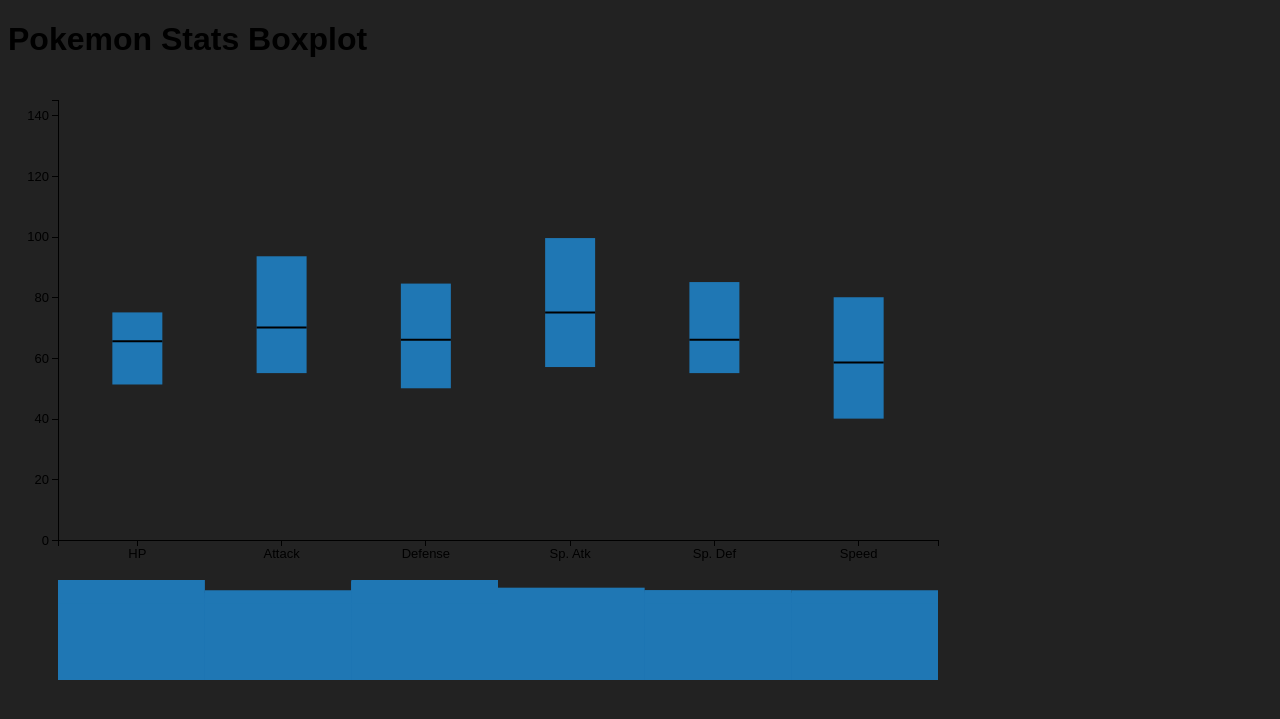
Repository: Cartterr/Proyecto-VisInfo
Page: Propuesta1_Tipos_Cajas.html
These files come from the project's save history. The page is drawn as it stood at one moment and after the next save; the edit follows.
The browser window is 1280 px wide. The pictures show the whole page.

Above is the page before, as saved 2023-06-27 22:22:46.

After the next save:
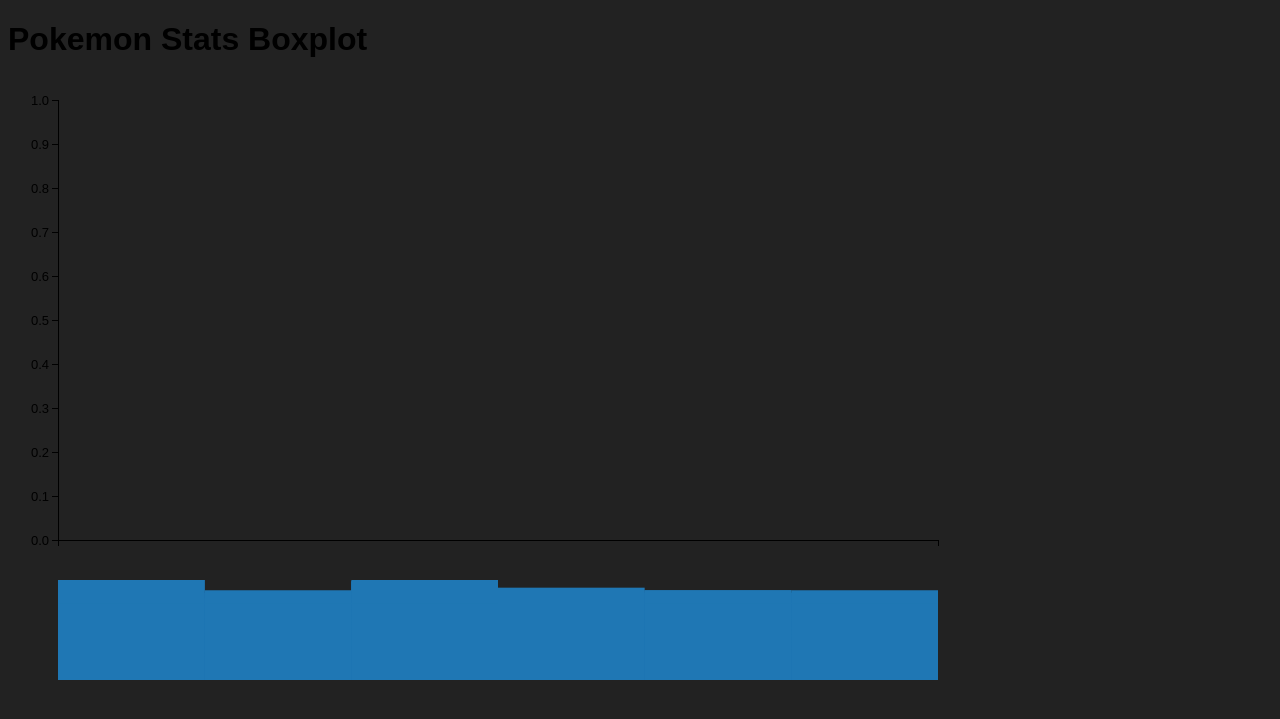
Console error: ReferenceError: selectedData is not defined
Saved 14 s later.
--- a/Propuesta1_Tipos_Cajas.js
+++ b/Propuesta1_Tipos_Cajas.js
@@ -77,8 +77,7 @@
     }
 
     const updateBoxPlot = (filteredData, selectedType) => {
-        const typeData = filteredData.filter(d => d["Type 1"] === selectedType);
-
+        const typeData = selectedData.filter(d => d["Type 1"] === selectedType);
         const typeStats = statNames.map(stat => typeData.map(d => +d[stat]));
 
         x.domain(statNames);

After the save that followed:
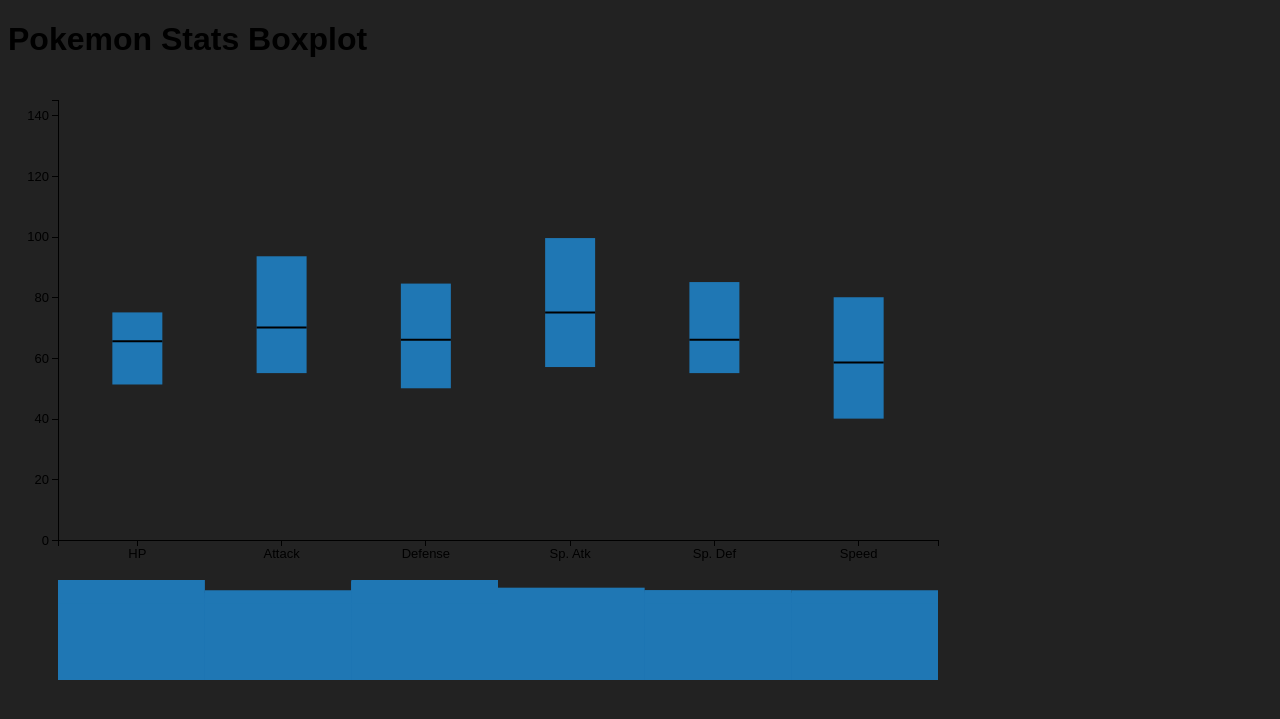
The error is gone.
Saved 25 s later.
--- a/Propuesta1_Tipos_Cajas.js
+++ b/Propuesta1_Tipos_Cajas.js
@@ -77,7 +77,8 @@
     }
 
     const updateBoxPlot = (filteredData, selectedType) => {
-        const typeData = selectedData.filter(d => d["Type 1"] === selectedType);
+        const typeData = filteredData.filter(d => d["Type 1"] === selectedType);
+
         const typeStats = statNames.map(stat => typeData.map(d => +d[stat]));
 
         x.domain(statNames);
